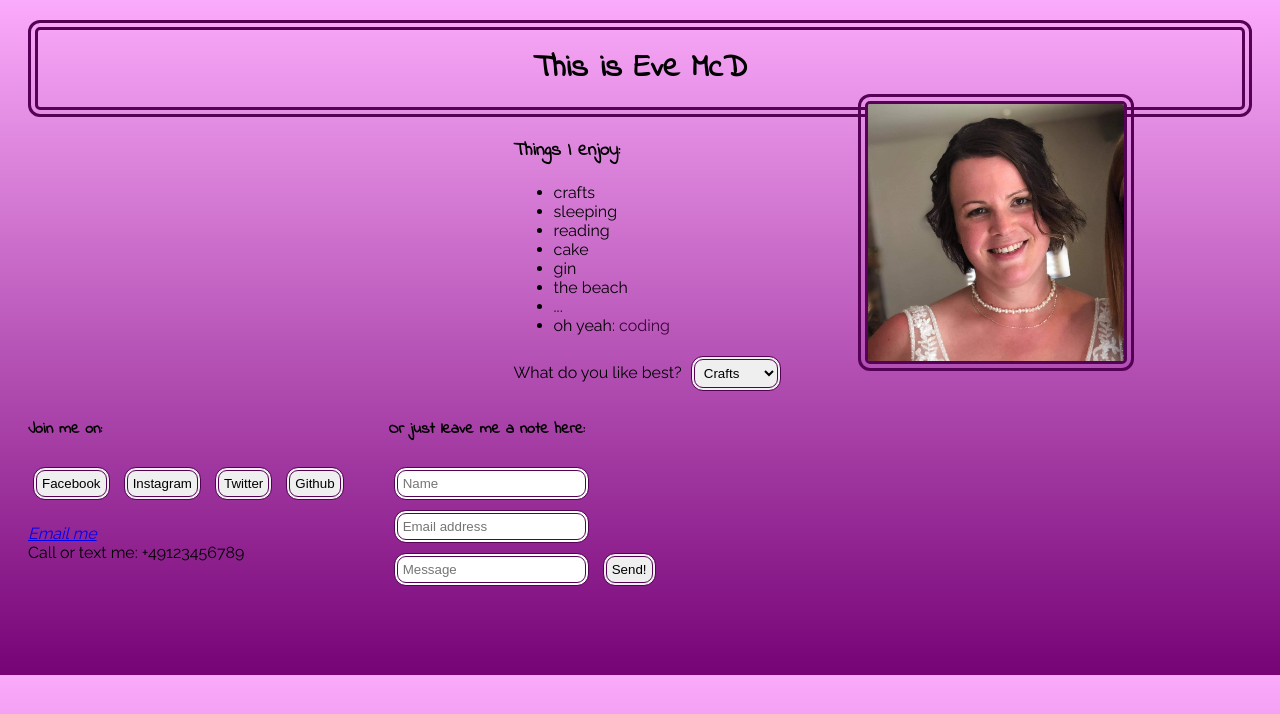
Repository: evemcd/Strive-Ignite-W1
Page: index.html
An editor plug-in stored every save of this project. The page is shown before and after the next save, followed by the edit.
The browser window is 1280 px wide. The pictures show the whole page.

Above is the page before, as saved 2021-01-17 22:43:57.

After the next save:
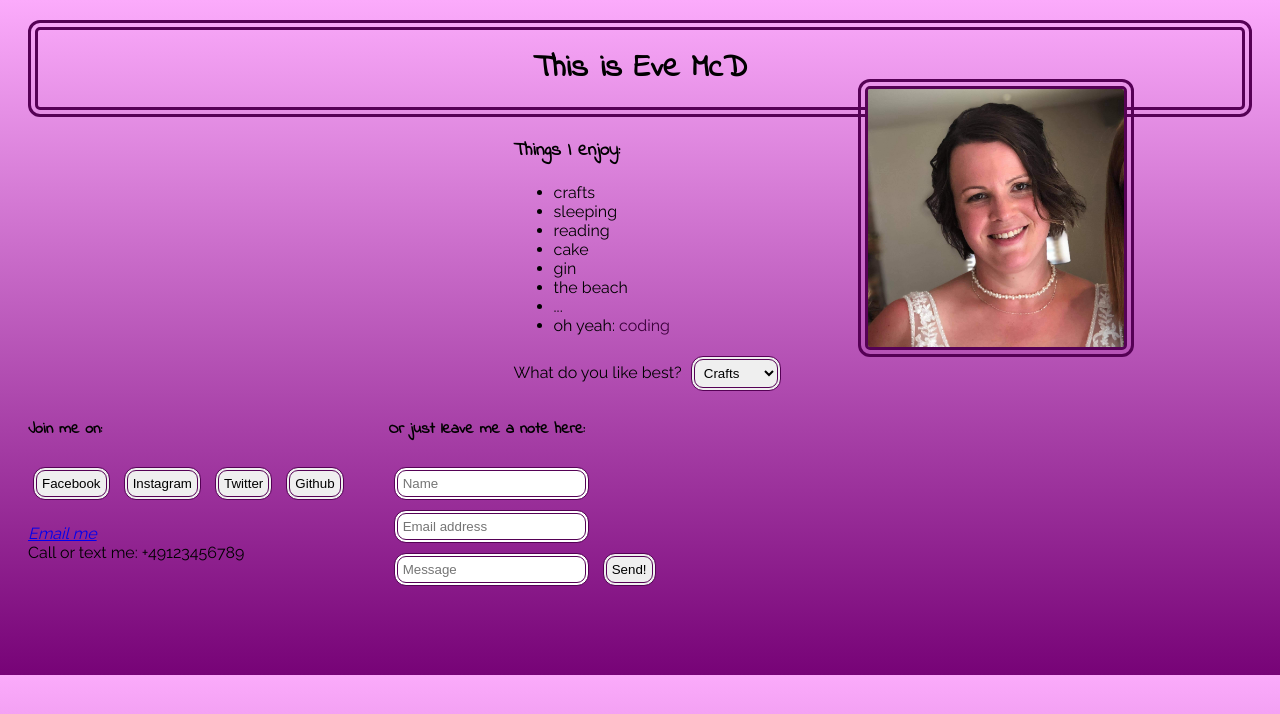
Saved 7 s later.
--- a/styles.css
+++ b/styles.css
@@ -68,7 +68,7 @@ h6 {
 .header-image {
     width: 20%;
     position: absolute;
-    top: 13%;
+    top: 11%;
     left: 67%;
     border: 10px double rgb(85, 1, 85);
     border-radius: 12px;
